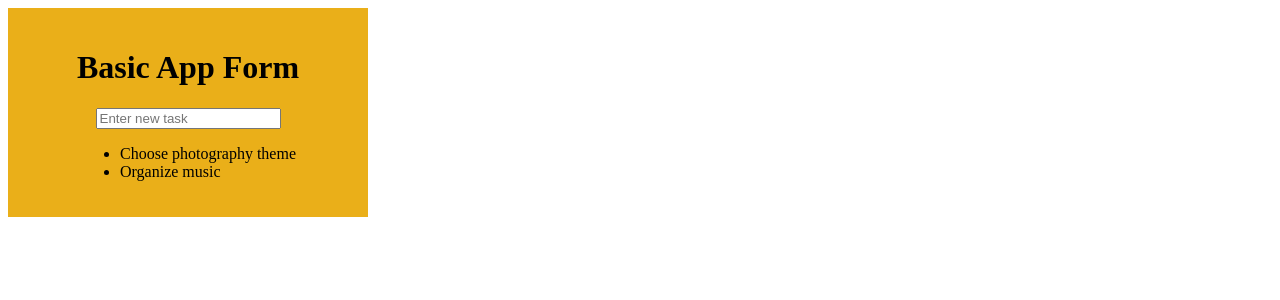
Repository: Kayla-amr/dgm_3760
Page: todoTemplate-W2/index.html
These files come from the project's save history. The page is drawn as it stood at one moment and after a run of saves; the edit follows.
The browser window is 1280 px wide. The pictures show the whole page.

Above is the page before, as saved 2022-10-17 10:53:05.

### todoTemplate-W2/index.html
<!DOCTYPE html>
<html lang="en">
<head>
    <meta charset="UTF-8">
    <meta http-equiv="X-UA-Compatible" content="IE=edge">
    <meta name="viewport" content="width=device-width, initial-scale=1.0">
    <link rel="stylesheet" href="styles.css">
    <title>Basic Todo App</title>
</head>
<body>
    <main>
    <div class="taskForm">
        <h1 class="formTitle"></h1>
        <input class ="userInput"  type="text" placeholder="Enter new task">
        <ul class='tasks'>
        </ul>
    </main>

    </div>
</body>
<script src="/todoTemplate-W2/index.js"></script>
</html>

### todoTemplate-W2/styles.css
.taskForm{
    background-color: #eaaf19;
    padding: 20px;
    width: 20rem;
    display: flex;
    flex-direction: column;
    justify-content: center;
    align-items: center;
}

### todoTemplate-W2/index.js
let myList = [
  {
    id: 0,
    name: "Choose photography theme",
    category: "Homework",
    due_date: "Tomorrow",
    status: false,
  },
  {
    id: 1,
    name: "Organize music",
    category: "Chores",
    due_date: "Wednesday",
    status: false,
  },
];

//app title
document.querySelector(".formTitle").innerText = "Basic App Form";



//view todods
myList.forEach(function(myTask){
  document.querySelector('.tasks').innerHTML += `<li> ${myTask.name} </li>`;
});


//add todos
function addTask(){
  myList = myList.map(function(newTask){
    newTask = []
  })
}

// myTask(myList, (num) => {
//   console.log (num)
// })

After the next 3 saves:
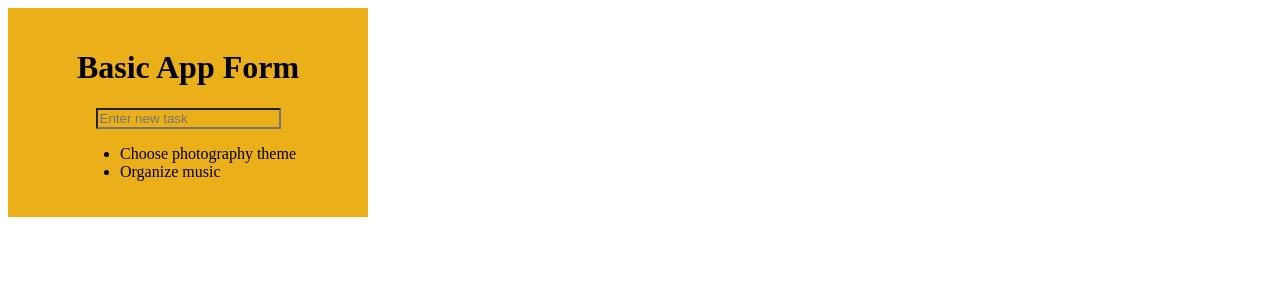
The 3 saves are shown as one change because they came seconds apart.
The last was saved 8 s later.
--- a/todoTemplate-W2/styles.css
+++ b/todoTemplate-W2/styles.css
@@ -7,3 +7,6 @@
     justify-content: center;
     align-items: center;
 }
+.userInput{
+    background-color: #eaaf19;
+}
